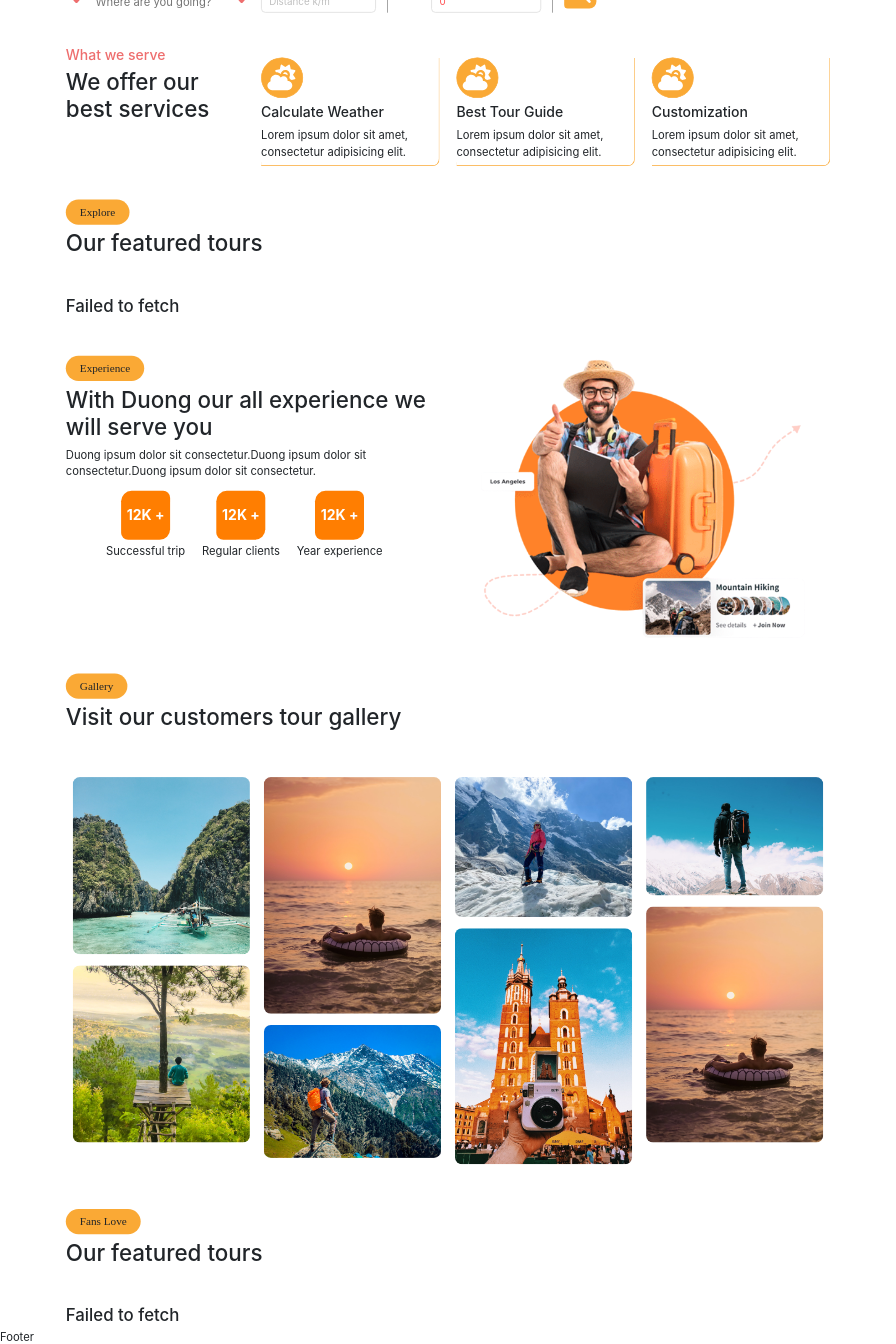
Repository: NguyenHuu001/dulich
Page: /home
The author's editor kept a copy of each file at every save. The page is drawn from the files as they stood at one save, then again after the next save.
The browser window is 1280 px wide. The pictures show the part of the page from y = 653 to 2573 px (the page is 2573 px tall before and 2350 px after), at 70% of full size.
The project was rebuilt for these pictures with package versions that can differ from the ones it lists, and the page was loaded fresh each time. Also part of the build but not shown: src/pages/About/index.js, src/pages/Tours/index.js, src/pages/Login/index.js, src/pages/Register/index.js. Imported but missing from the stored project, and not drawn on this page: src/assets/audio/video1.mp4.

Above is the page before, as saved 2023-08-01 18:29:42.

### public/index.html
<!DOCTYPE html>
<html lang="en">
    <head>
        <meta charset="utf-8" />
        <link rel="icon" href="%PUBLIC_URL%/favicon.ico" />
        <link href="https://cdn.jsdelivr.net/npm/bootstrap@5.3.0/dist/css/bootstrap.min.css" rel="stylesheet" />
        <script src="https://cdn.jsdelivr.net/npm/bootstrap@5.3.0/dist/js/bootstrap.bundle.min.js"></script>
        <meta name="viewport" content="width=device-width, initial-scale=1" />
        <meta name="theme-color" content="#000000" />
        <meta name="description" content="Web site created using create-react-app" />
        <link rel="apple-touch-icon" href="%PUBLIC_URL%/logo192.png" />
        <!--
      manifest.json provides metadata used when your web app is installed on a
      user's mobile device or desktop. See https://developers.google.com/web/fundamentals/web-app-manifest/
    -->
        <link rel="manifest" href="%PUBLIC_URL%/manifest.json" />
        <!--
      Notice the use of %PUBLIC_URL% in the tags above.
      It will be replaced with the URL of the `public` folder during the build.
      Only files inside the `public` folder can be referenced from the HTML.

      Unlike "/favicon.ico" or "favicon.ico", "%PUBLIC_URL%/favicon.ico" will
      work correctly both with client-side routing and a non-root public URL.
      Learn how to configure a non-root public URL by running `npm run build`.
    -->
        <title>React App</title>
    </head>
    <body>
        <noscript>You need to enable JavaScript to run this app.</noscript>
        <div id="root"></div>
        <!--
      This HTML file is a template.
      If you open it directly in the browser, you will see an empty page.

      You can add webfonts, meta tags, or analytics to this file.
      The build step will place the bundled scripts into the <body> tag.

      To begin the development, run `npm start` or `yarn start`.
      To create a production bundle, use `npm run build` or `yarn build`.
    --></body>
</html>

### src/styles/global.scss
body {
    margin: 0;
    font-family: -apple-system, BlinkMacSystemFont, 'Segoe UI', 'Roboto', 'Oxygen', 'Ubuntu', 'Cantarell', 'Fira Sans',
        'Droid Sans', 'Helvetica Neue', sans-serif;
    -webkit-font-smoothing: antialiased;
    -moz-osx-font-smoothing: grayscale;
}

code {
    font-family: source-code-pro, Menlo, Monaco, Consolas, 'Courier New', monospace;
}
*,
*:before,
*:after {
    box-sizing: border-box;
}
* {
    margin: 0;
    padding: 0;
    font: inherit;
}
img,
picture,
svg,
video {
    display: block;
    max-width: 100%;
}
input,
select,
textarea {
    background-color: transparent;
    outline: none;
}
button {
    cursor: pointer;
    background-color: transparent;
    outline: none;
    border: 0;
}
body {
    min-height: 100vh;
    font-weight: 400;
    font-size: 16px;
    line-height: 1;
}

### src/pages/Home/index.js
import { FontAwesomeIcon } from '@fortawesome/react-fontawesome';
import { faCloudSun, faLocationDot, faMagnifyingGlass, faUsers } from '@fortawesome/free-solid-svg-icons';
// IMG
import earth from '../../assets/images/earth.png';
import img1 from '../../assets/images/img1.png';
import img2 from '../../assets/images/img2.png';
import banner from '../../assets/images/banner.png';
import video1 from '../../assets/audio/video1.mp4';
import Gallery1 from '../../assets/images/Gallery1.png';
import Gallery2 from '../../assets/images/Gallery2.png';
import Gallery3 from '../../assets/images/Gallery3.png';
import Gallery4 from '../../assets/images/Gallery4.png';
import Gallery5 from '../../assets/images/Gallery5.png';
import Gallery6 from '../../assets/images/Gallery6.png';
import Gallery7 from '../../assets/images/Gallery7.png';
import Gallery8 from '../../assets/images/Gallery8.png';
// ANT DESIGN
import { InputNumber } from 'antd';
//Slick
import Slider from 'react-slick';
import 'slick-carousel/slick/slick.css';
import 'slick-carousel/slick/slick-theme.css';
// SCSS
import './Home.scss';
function Home() {
    const settings = {
        dots: true,
        infinite: false,
        speed: 500,
        slidesToShow: 4,
        slidesToScroll: 4,
        initialSlide: 0,
        responsive: [
            {
                breakpoint: 1024,
                settings: {
                    slidesToShow: 3,
                    slidesToScroll: 3,
                    infinite: true,
                    dots: true,
                },
            },
            {
                breakpoint: 600,
                settings: {
                    slidesToShow: 2,
                    slidesToScroll: 2,
                    initialSlide: 2,
                },
            },
            {
                breakpoint: 480,
                settings: {
                    slidesToShow: 1,
                    slidesToScroll: 1,
                },
            },
        ],
    };
    return (
        <div className="container pt-5">
            <div className="row">
                <div className="col-md-6 mt-5">
                    <div className="wrap_content">
                        <div className="top_content d-flex align-items-center">
                            <div className="title_top_content">Know Before You Go</div>
                            <img className="img_earth mt-1" src={earth} />
                        </div>
                        <h1>
                            Traveling opens the door to creating
                            <span className="title_higtlight"> memories with duong</span>
                        </h1>
                        <span className="lh-base">
                            Our Vietnam is a beautiful country. We have a variety of landscapes which are widely
                            well-known such as Ha Long Bay, Hoi An Old quarter and Phong Nha Ke Bang cave. A long coast
                            with many attractive beaches is also our recognized reputation. Although Vietnam was a rich
                            traditional culture country, it has undergone a great change since 1945 due to the war. But
                            you can still find spiritual values in traditional arts performances such as singing Tru,
                            Cheo, Tuong, water puppet, ancient artifacts at the museums at the cultural centers in Hanoi
                            and Saigon.
                        </span>
                    </div>
                </div>
                {/* ------------- */}
                <div className="col-md-2 img1">
                    <img src={img1} />
                </div>
                <div className="col-md-2 video1">
                    <video src={video1} controls />
                </div>
                <div className="col-md-2 img1" style={{ marginTop: '60px' }}>
                    <img src={img2} />
                </div>
            </div>
            {/* ------------------- */}
            <div className="col-md-12 mt-3">
                <div className="d-flex flex-wrap">
                    <div className="col-xs-12 d-flex align-items-center ms-3 mt-3 chieudai">
                        <FontAwesomeIcon className="icon" icon={faLocationDot} />
                        <div className="ps-3 border_right">
                            <h6>Location</h6>
                            <input className="input_where" placeholder="Where are you going?"></input>
                        </div>
                    </div>
                    <div className="col-xs-12 d-flex align-items-center ms-3 mt-3 chieudai">
                        <FontAwesomeIcon className="icon" icon={faLocationDot} />
                        <div className="ps-3 pe-3 border_right">
                            <h6>Distance</h6>
                            <InputNumber style={{ width: '100%' }} min={1} max={1000} placeholder="Distance k/m" />
                        </div>
                    </div>
                    <div className="col-xs-12 d-flex align-items-center ms-3 mt-3 chieudai">
                        <FontAwesomeIcon className="icon" icon={faUsers} />
                        <div className="ps-3 pe-3 border_right">
                            <h6>Max People</h6>
                            <InputNumber style={{ width: '100%' }} min={1} max={200} defaultValue={0} />
                        </div>
                    </div>
                    <div className="col-xs-12 d-flex align-items-center ms-3 mt-3">
                        <FontAwesomeIcon className="icon_search p-2" icon={faMagnifyingGlass} />
                    </div>
                </div>
            </div>

            {/* -------------------------------------- */}
            <div className="container mt-5">
                <div className="row d-flex">
                    <div className="col-md-3">
                        <h5 style={{ color: '#ee6e6e' }}>What we serve</h5>
                        <h2>We offer our best services</h2>
                    </div>
                    <div className="col-md-3">
                        <div className="border_items mt-3">
                            <div className="wrap_icon">
                                <FontAwesomeIcon className="icon_center p-2" icon={faCloudSun} />
                            </div>
                            <h5 className="mt-2">Calculate Weather</h5>
                            <p className="mt-2 mb-2 lh-base">
                                Lorem ipsum dolor sit amet, consectetur adipisicing elit.
                            </p>
                        </div>
                    </div>
                    <div className="col-md-3 ">
                        <div className="border_items mt-3">
                            <div className="wrap_icon">
                                <FontAwesomeIcon className="icon_center p-2" icon={faCloudSun} />
                            </div>
                            <h5 className="mt-2">Best Tour Guide</h5>
                            <p className="mt-2 mb-2 lh-base">
                                Lorem ipsum dolor sit amet, consectetur adipisicing elit.
                            </p>
                        </div>
                    </div>
                    <div className="col-md-3 ">
                        <div className="border_items mt-3">
                            <div className="wrap_icon">
                                <FontAwesomeIcon className="icon_center p-2" icon={faCloudSun} />
                            </div>
                            <h5 className="mt-2">Customization</h5>
                            <p className="mt-2 mb-2 lh-base">
                                Lorem ipsum dolor sit amet, consectetur adipisicing elit.
                            </p>
                        </div>
                    </div>
                </div>
            </div>
            {/* ------------------------------------------ */}
            <div className="container mt-5">
                <div className="row">
                    <div className="mb-5">
                        <div className="top_content d-flex align-items-center">
                            <div className="title_top_content">Explore</div>
                        </div>
                        <h2 className="mt-2">Our featured tours</h2>
                    </div>
                    <h4>Failed to fetch</h4>
                </div>
            </div>
            {/* ----------------------------------- */}
            <div className="container mt-5">
                <div className="row">
                    <div className="mb-5 col-md-6">
                        <div className="top_content d-flex align-items-center">
                            <div className="title_top_content">Experience</div>
                        </div>
                        <h2 className="mt-2">With Duong our all experience we will serve you</h2>
                        <p className="lh-base">
                            Duong ipsum dolor sit consectetur.Duong ipsum dolor sit consectetur.Duong ipsum dolor sit
                            consectetur.
                        </p>
                        <div className="d-flex flex-wrap justify-content-center">
                            <div className="me-4 d-flex flex-column align-items-center">
                                <div className="fw-bolder fs-5 experience">12K +</div>
                                <p className="mt-2">Successful trip</p>
                            </div>
                            <div className="me-4 d-flex flex-column align-items-center">
                                <div className="fw-bolder fs-5 experience">12K +</div>
                                <p className="mt-2">Regular clients</p>
                            </div>
                            <div className="me-4 d-flex flex-column align-items-center">
                                <div className="fw-bolder fs-5 experience">12K +</div>
                                <p className="mt-2">Year experience</p>
                            </div>
                        </div>
                    </div>
                    <div className="col-md-6">
                        <div className="d-flex justify-content-center">
                            <img src={banner} style={{ width: '90%' }} />
                        </div>
                    </div>
                </div>
            </div>
            {/* ------------------------------------------------ */}
            <div className="container mt-5">
                <div className="row">
                    <div className="mb-5">
                        <div className="top_content d-flex align-items-center">
                            <div className="title_top_content">Gallery</div>
                        </div>
                        <h2 className="mt-2">Visit our customers tour gallery</h2>
                    </div>
                    <div className="col-md-12 col-sm-12">
                        <div className="d-flex flex-wrap">
                            <div className="col-md-3 pb-0 gallery_img">
                                <img className="mb-3" src={Gallery1} />
                                <img className="mb-3" src={Gallery2} />
                            </div>
                            <div className="col-md-3 pb-0 col-xs-6 gallery_img">
                                <img className="mb-3" src={Gallery3} />
                                <img className="mb-3" src={Gallery4} />
                            </div>
                            <div className="col-md-3 pb-0 col-xs-6 gallery_img">
                                <img className="mb-3" src={Gallery5} />
                                <img className="mb-3" src={Gallery6} />
                            </div>
                            <div className="col-md-3 pb-0 col-xs-6 gallery_img">
                                <img className="mb-3" src={Gallery7} />
                                <img className="mb-3" src={Gallery8} />
                            </div>
                        </div>
                    </div>
                </div>
            </div>
            {/* ------------------------------------------------- */}
            <div className="container mt-5">
                <div className="row">
                    <div className="mb-5">
                        <div className="top_content d-flex align-items-center">
                            <div className="title_top_content">Fans Love</div>
                        </div>
                        <h2 className="mt-2">Our featured tours</h2>
                    </div>
                    <h4>Failed to fetch</h4>
                </div>
            </div>
        </div>
    );
}

export default Home;

### src/Layouts/Header/Header.scss
:root {
    --color-chudao: #faa935;
    --color-text: #fff;
}
.header {
    position: sticky;
    z-index: 9999;
    top:0;
    height: 100px;
    box-shadow: 3px 3px 8px -3px #ddd;
    background-color: var(--color-text);
}
.header_in{
  height: 100%;
}
.wrap_header{
  height: 100%;
}
.logo {
    height: 100%;
}
.set_fw {
    font-weight: 500;
}
.register_li {
    background-color: var(--color-chudao);
    border-radius: 20px !important;
    color: var(--color-text);
    padding: 10px 30px;
}
.icon_menu {
    display: none;
}
@media screen and (max-width: 980px) {
    .icon_menu {
        display: block;
    }
    .item_none {
        display: none;
    }
}

### src/Layouts/Navigation/Navigation.scss
.navi {
    display: none;
}

Loaded but not shown: src/reportWebVitals.js (common file); src/Layouts/Header/index.js (55 lines, source omitted); src/App.js (29 lines, source omitted); src/index.js (17 lines, source omitted); src/routes/index.js (16 lines, source omitted); src/Layouts/index.js (17 lines, source omitted); src/Layouts/Navigation/index.js (6 lines, source omitted); src/Layouts/Footer/index.js (5 lines, source omitted); src/pages/Home/Home.scss (106 lines, source omitted)

After the next save:
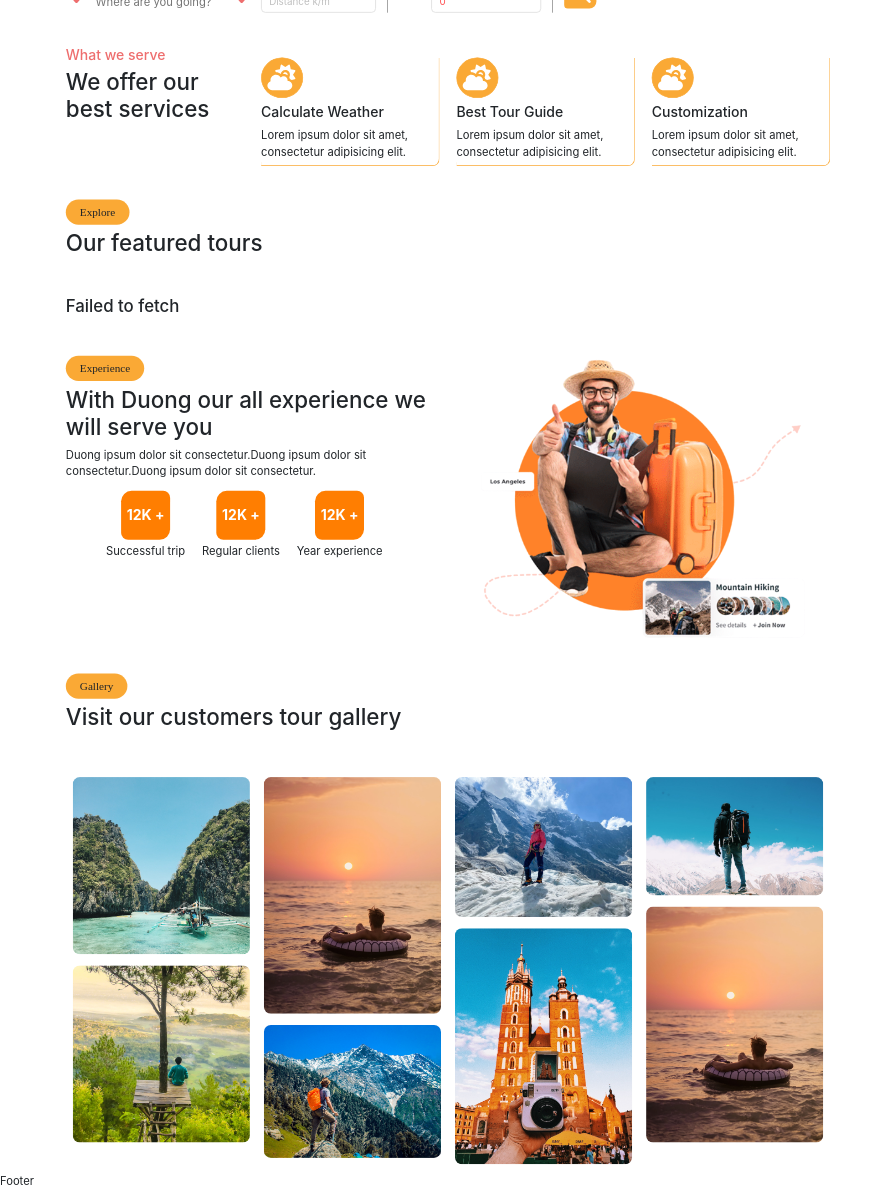
Saved 39 s later.
--- a/src/pages/Home/index.js
+++ b/src/pages/Home/index.js
@@ -242,7 +242,7 @@
                 </div>
             </div>
             {/* ------------------------------------------------- */}
-            <div className="container mt-5">
+            {/* <div className="container mt-5">
                 <div className="row">
                     <div className="mb-5">
                         <div className="top_content d-flex align-items-center">
@@ -252,7 +252,7 @@
                     </div>
                     <h4>Failed to fetch</h4>
                 </div>
-            </div>
+            </div> */}
         </div>
     );
 }

After the save that followed:
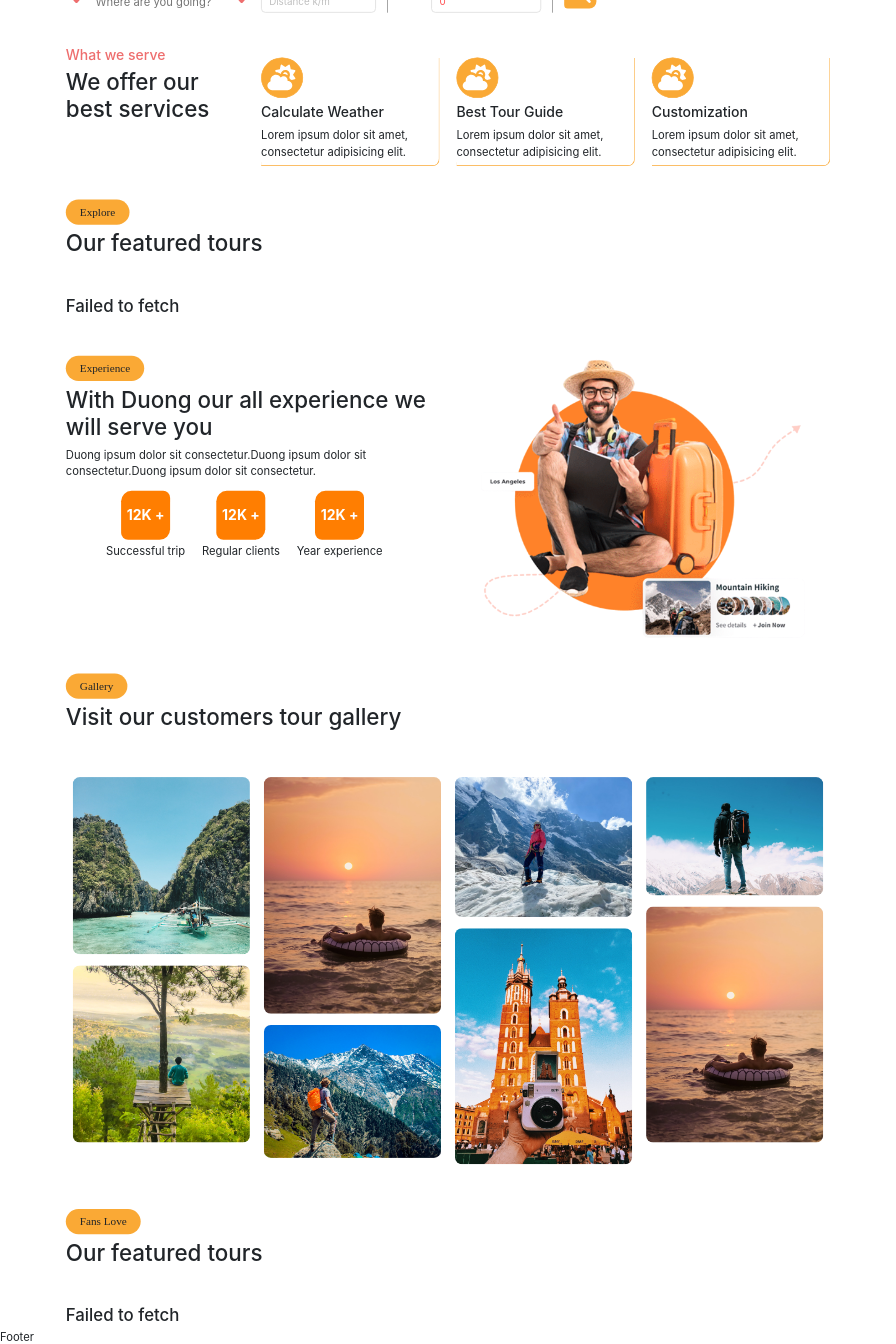
Saved 29 s later.
--- a/src/pages/Home/index.js
+++ b/src/pages/Home/index.js
@@ -242,7 +242,7 @@
                 </div>
             </div>
             {/* ------------------------------------------------- */}
-            {/* <div className="container mt-5">
+            <div className="container mt-5">
                 <div className="row">
                     <div className="mb-5">
                         <div className="top_content d-flex align-items-center">
@@ -252,7 +252,7 @@
                     </div>
                     <h4>Failed to fetch</h4>
                 </div>
-            </div> */}
+            </div>
         </div>
     );
 }
